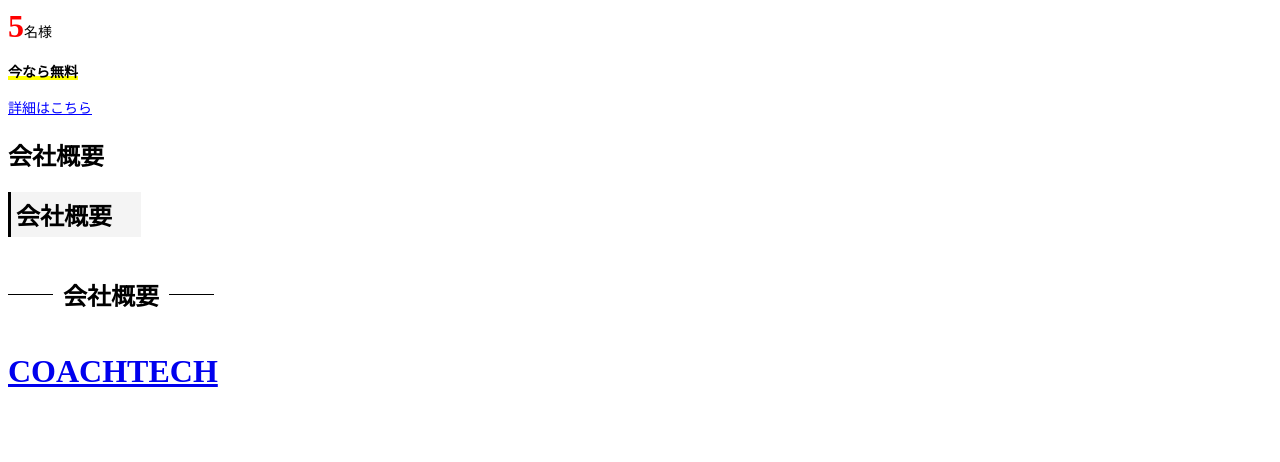
Repository: 9136424556/todo01
Page: coachtech/html-css/ホームページ基礎css2-4.html
These files come from the project's save history. The page is drawn as it stood at one moment and after the next save; the edit follows.
The browser window is 1280 px wide. The pictures show the whole page.

Above is the page before, as saved 2023-12-04 02:09:11.

After the next save:
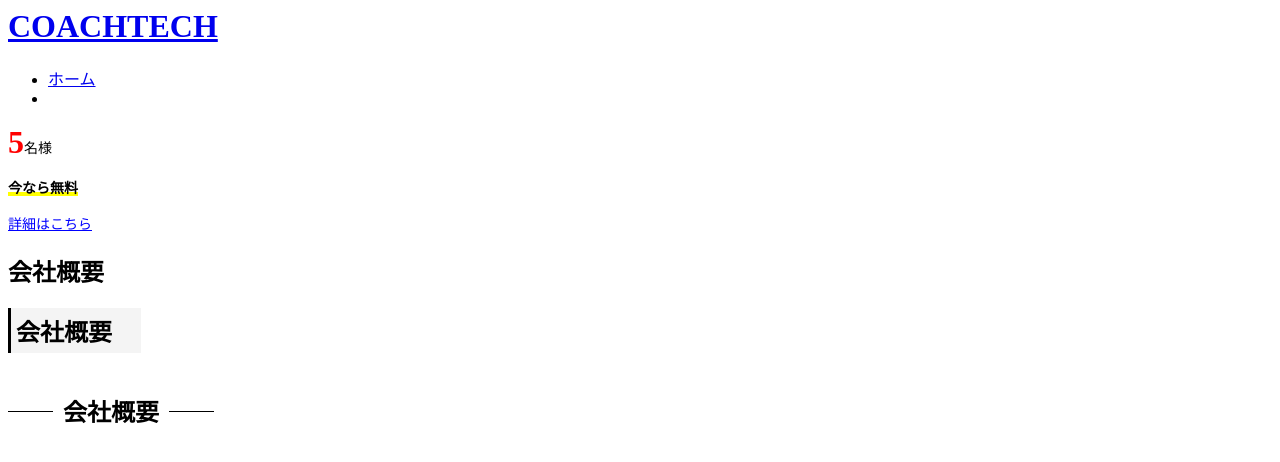
Saved 5 min 24 s later.
--- a/coachtech/html-css/ホームページ基礎css2-4.html
+++ b/coachtech/html-css/ホームページ基礎css2-4.html
@@ -1,4 +1,17 @@
 <link rel="stylesheet" href="css/css2-4.css">
+<header class="header">
+    <h1 class="header-tti">
+        <a href="css2-4.html">
+            COACHTECH
+        </a>
+    </h1>
+    <nav class="header-nav">
+        <ul class="header-nav-list">
+            <li class="header-item"><a href="css2-4.html">ホーム</a></li>
+            <li class="header-item"><a href="img/card.jpg"></a></li>
+        </ul>
+    </nav>
+</header>
 <p class="text">
     <span class="emphasis">5</span>名様
 </p>
@@ -7,11 +20,3 @@
 <h2 class="title"><span class="title-innet">会社概要</span></h2>
 <h2 class="title3">会社概要</h2>
 <h2 class="title4">会社概要</h2>
-<header class="header">
-    <h1 class="header-tti">
-        <a href="css2-4.html">
-            COACHTECH
-        </a>
-    </h1>
-
-</header>
